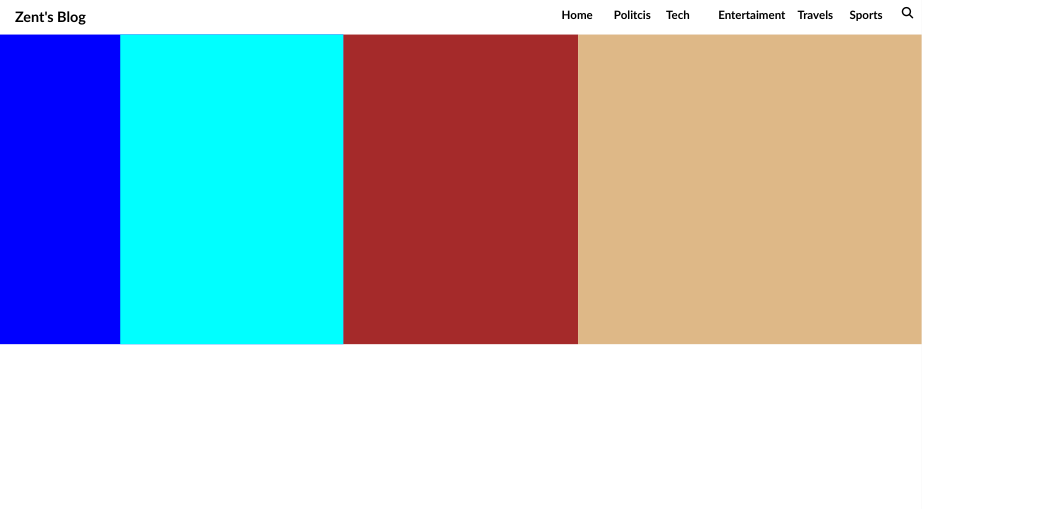
Repository: giacatdat2k5/html3
Page: html3.vs/7.1.html
These files come from the project's save history. The page is drawn as it stood at one moment and after the next save; the edit follows.
The browser window is 1280 px wide. The page is 1280 px wide, then 1450 px, then 1280 px, so the pictures cover 1450 px, including what lies to the right of the window. The pictures show the whole page, at 72% of full size.

Above is the page before, as saved 2023-09-27 13:18:09.

After the next save:
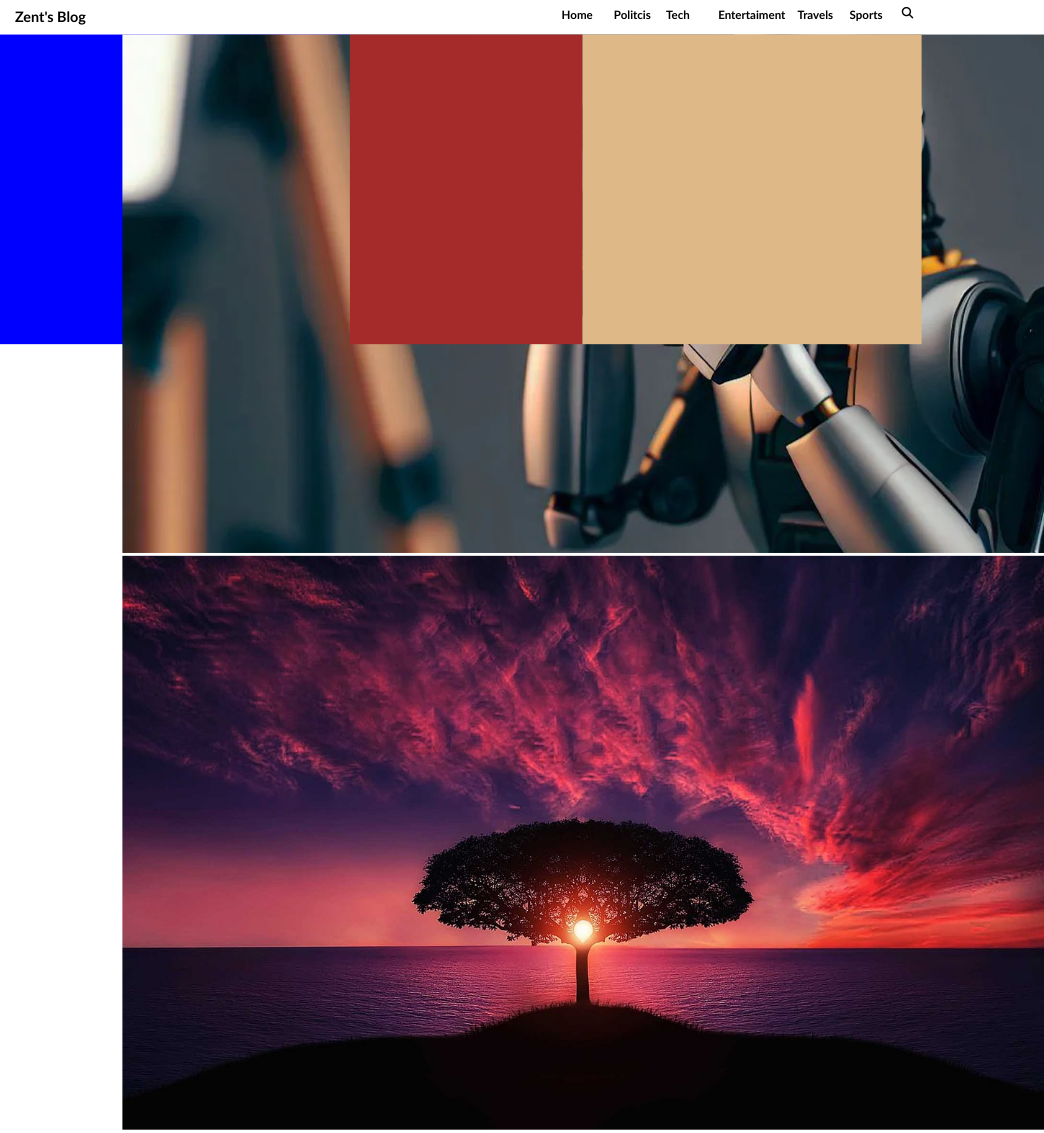
Saved 116 s later.
--- a/html3.vs/7.1.html
+++ b/html3.vs/7.1.html
@@ -22,7 +22,10 @@
     </div>
     <div id="content">
         <div class="left">
-            <div class="imageleft"></div>
+            <div class="imageleft">
+                <div class="iamgetop"><img src="anh1.webp"></div>
+                <div class="iamgebottom"><img src="anh2.jpeg" alt=""></div>
+            </div>
         </div>
         <div class="center">
             <div class="imagecenter"></div>

After the 2 saves that followed:
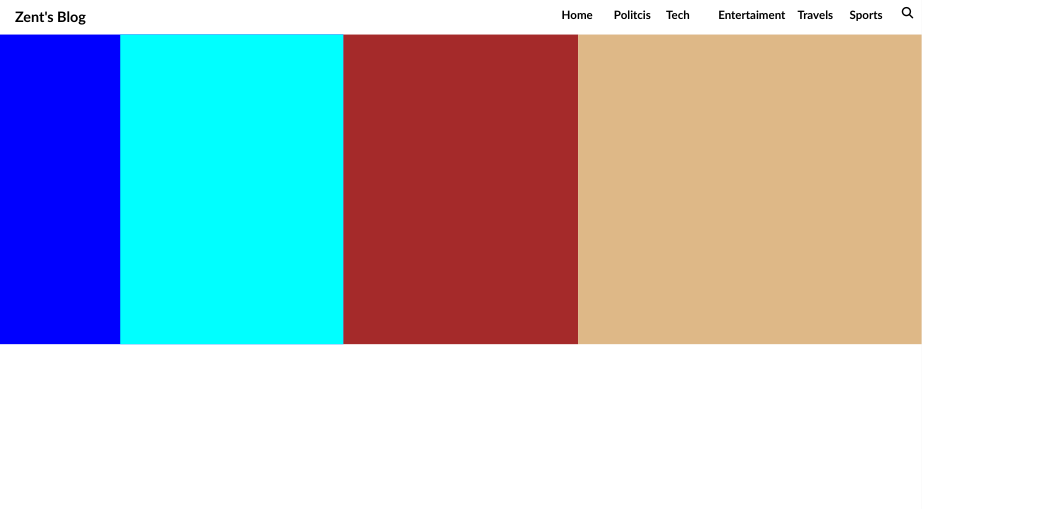
The 2 saves are shown as one change because they came seconds apart.
The last was saved 15 s later.
--- a/html3.vs/7.1.html
+++ b/html3.vs/7.1.html
@@ -23,8 +23,8 @@
     <div id="content">
         <div class="left">
             <div class="imageleft">
-                <div class="iamgetop"><img src="anh1.webp"></div>
-                <div class="iamgebottom"><img src="anh2.jpeg" alt=""></div>
+                <div class="iamgetop"></div>
+                <div class="iamgebottom"></div>
             </div>
         </div>
         <div class="center">
